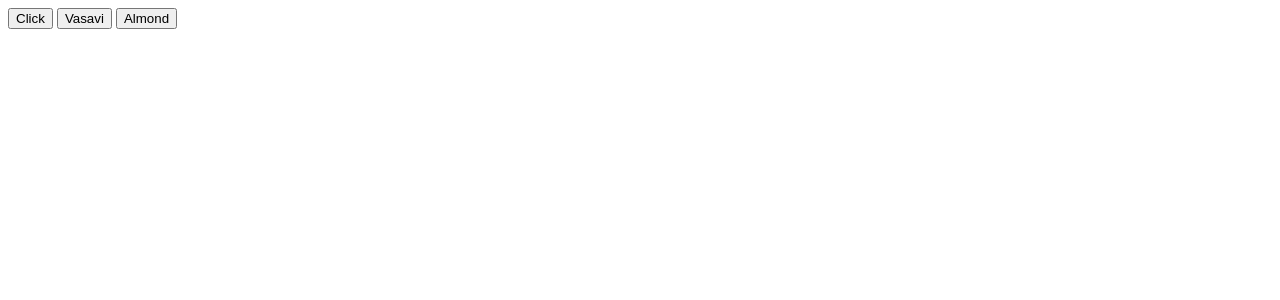
Repository: Kurumilli/Youtube
Page: Exercise1.html
These files come from the project's save history. The page is drawn as it stood at one moment and after the next save; the edit follows.
The browser window is 1280 px wide. The pictures show the whole page.

Above is the page before, as saved 2025-01-21 14:33:56.

After the next save:
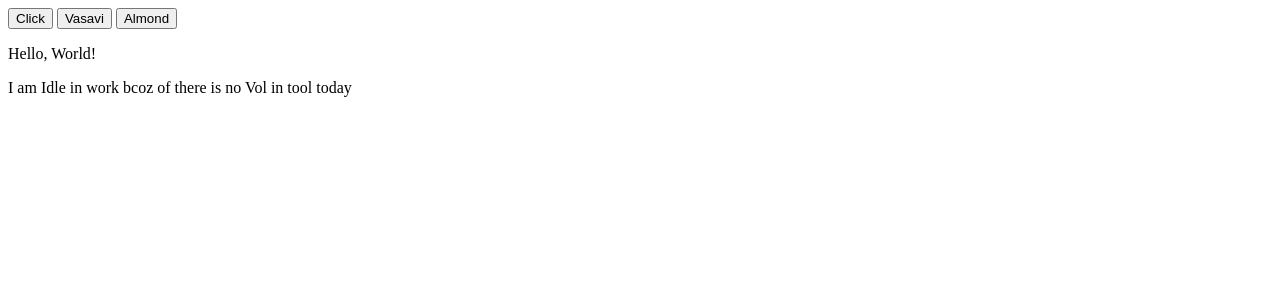
Saved 112 s later.
--- a/Exercise1.html
+++ b/Exercise1.html
@@ -5,9 +5,9 @@
 </head>
 <body>
     <button>Click</button>
-
     <button>Vasavi</button>
     <button>Almond</button>
-
+    <p>Hello, World!</p>
+    <p>I am Idle in work bcoz of there is no Vol in tool today</p>
 </body>
 </html>
